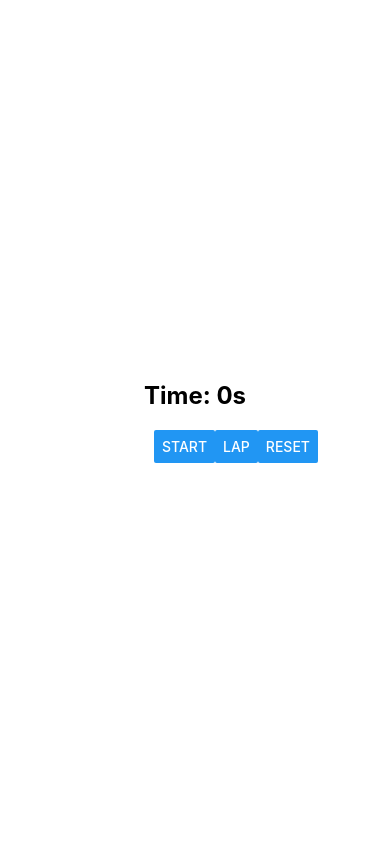
Repository: Shopify/eng-intern-assessment-react-native
Screen: /
The author's editor kept a copy of each file at every save. The screen is drawn from the files as they stood at one save, then again after the next save.
The app was drawn by React Native's web renderer in a window 390 px wide. The project was rebuilt for these pictures with package versions that can differ from the ones it lists, and the page was loaded fresh each time.

Above is the screen before, as saved 2024-01-13 12:03:30.

### App.tsx
import { StatusBar } from 'expo-status-bar';
import { StyleSheet, Text, View } from 'react-native';
import StopWatch from './src/StopWatch';

export default function App() {
  return (
    <View style={styles.container}>
      <StopWatch></StopWatch>
      <StatusBar style="auto" />
    </View>
  );
}

const styles = StyleSheet.create({
  container: {
    flex: 1,
    backgroundColor: '#fff',
    alignItems: 'center',
    justifyContent: 'center',
  },
});

### src/StopWatch.tsx
import React, { useState, useEffect } from 'react';
import { Text, View, StyleSheet } from 'react-native';
import StopWatchButton from './StopWatchButton';

const StopWatch = () => {
  const [isRunning, setIsRunning] = useState(false);
  const [timeElapsed, setTimeElapsed] = useState(0);
  const [laps, setLaps] = useState<number[]>([]);

  useEffect(() => {
    let interval: ReturnType<typeof setInterval>;
    if (isRunning) {
      interval = setInterval(() => {
        setTimeElapsed(prevTime => prevTime + 1); // Assuming timeElapsed is in seconds
      }, 1000);
    }
    return () => clearInterval(interval);
  }, [isRunning]);

  const handleStartStop = () => {
    setIsRunning(!isRunning);
  };

  const handleLap = () => {
    setLaps([...laps, timeElapsed]);
  };

  const handleReset = () => {
    setIsRunning(false);
    setTimeElapsed(0);
    setLaps([]);
  };

  return (
    <View style={styles.container}>
      <Text style={styles.timerText}>{`Time: ${timeElapsed}s`}</Text>
      {laps.map((lap, index) => (
        <Text key={index} style={styles.lapText}>{`Lap ${index + 1}: ${lap}s`}</Text>
      ))}
      <View style={styles.buttonContainer}>
        <StopWatchButton title={isRunning ? "Stop" : "Start"} onPress={handleStartStop} />
        <StopWatchButton title="Lap" onPress={handleLap} />
        <StopWatchButton title="Reset" onPress={handleReset} />
      </View>
    </View>
  );
};

const styles = StyleSheet.create({
  container: {
    flex: 1,
    alignItems: 'center',
    justifyContent: 'center',
  },
  timerText: {
    fontSize: 24,
    fontWeight: 'bold',
  },
  lapText: {
    fontSize: 16,
  },
  buttonContainer: {
    flexDirection: 'row', // This will arrange buttons side by side
    justifyContent: 'space-around',
    width: '50%', // Adjust as needed
    marginTop: 20,
  },
});

export default StopWatch;

### src/StopWatchButton.tsx
import React from 'react';
import { Button, View } from 'react-native';

type Props = {
  title: string;
  onPress: () => void;
};

const StopWatchButton: React.FC<Props> = ({ title, onPress }) => {
  return (
    <View>
      <Button title={title} onPress={onPress} />
    </View>
  );
};

export default StopWatchButton;

After the next save:
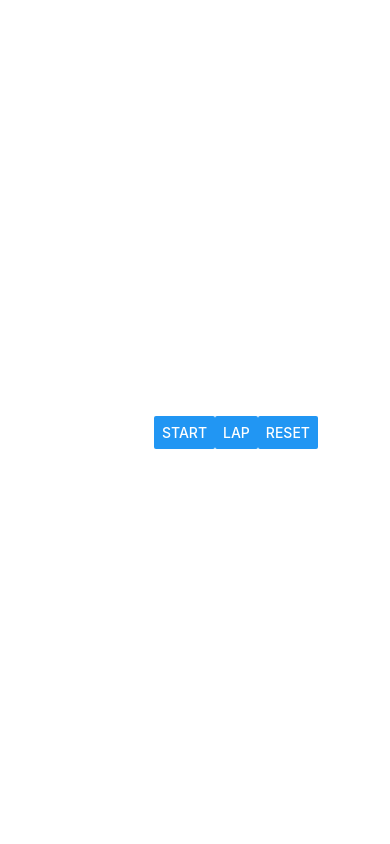
Saved 27 s later.
--- a/src/StopWatch.tsx
+++ b/src/StopWatch.tsx
@@ -33,7 +33,6 @@ const StopWatch = () => {
 
   return (
     <View style={styles.container}>
-      <Text style={styles.timerText}>{`Time: ${timeElapsed}s`}</Text>
       {laps.map((lap, index) => (
         <Text key={index} style={styles.lapText}>{`Lap ${index + 1}: ${lap}s`}</Text>
       ))}
